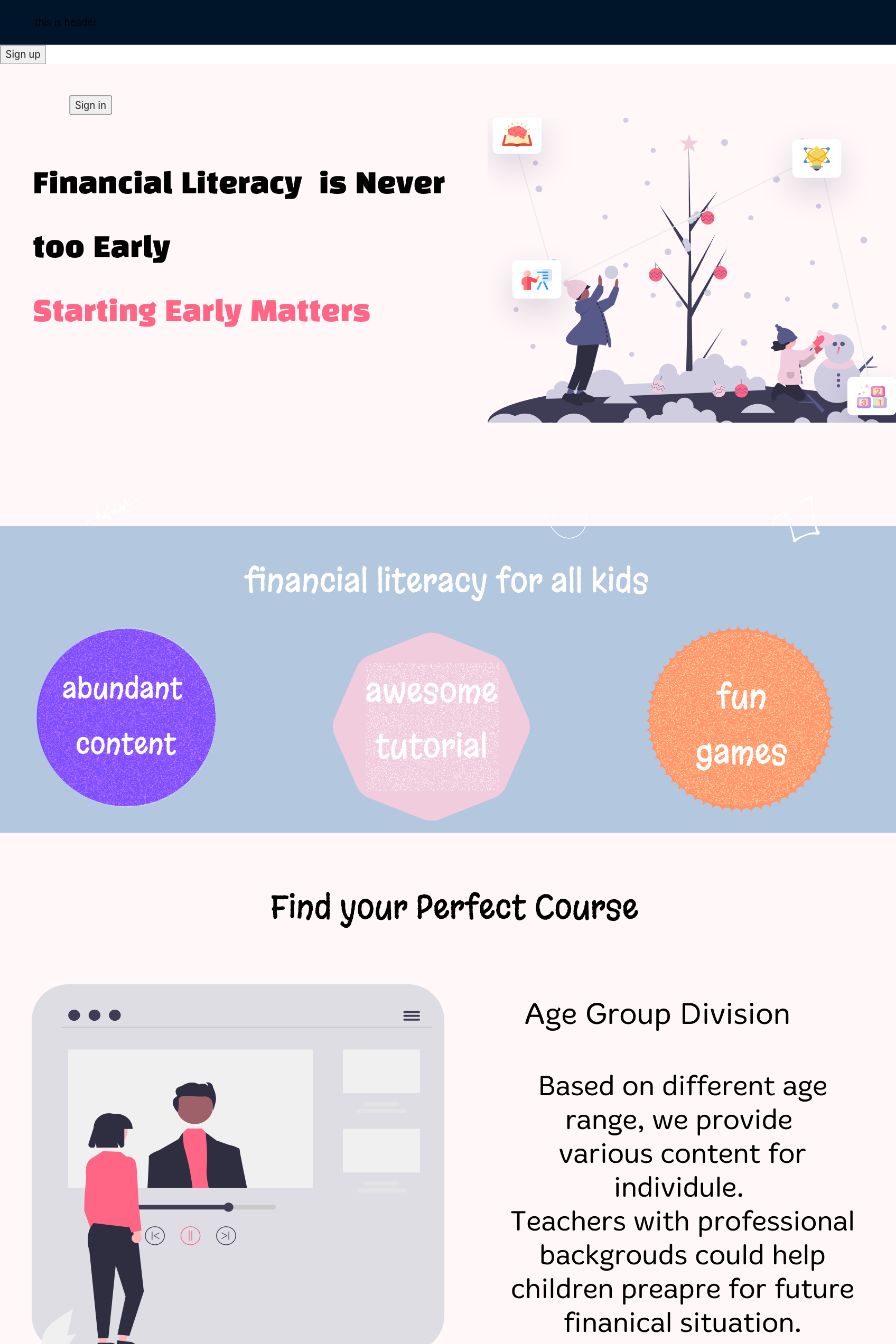
Repository: Zoe-XJ-Zhang/Goldilocks
Page: /
The author's editor kept a copy of each file at every save. The page is drawn from the files as they stood at one save, then again after the next save.
The browser window is 1280 px wide. The pictures show the part of the page from y = 0 to 1920 px (the page is 2803 px tall before and 2775 px after), at 70% of full size.
The project was rebuilt for these pictures with package versions that can differ from the ones it lists, and the page was loaded fresh each time. Also part of the build but not shown: src/page/roadmapPage/roadmapPage.js, src/page/aboutPage/aboutPage.js.

Above is the page before, as saved 2022-08-31 15:10:17.

After the next save:
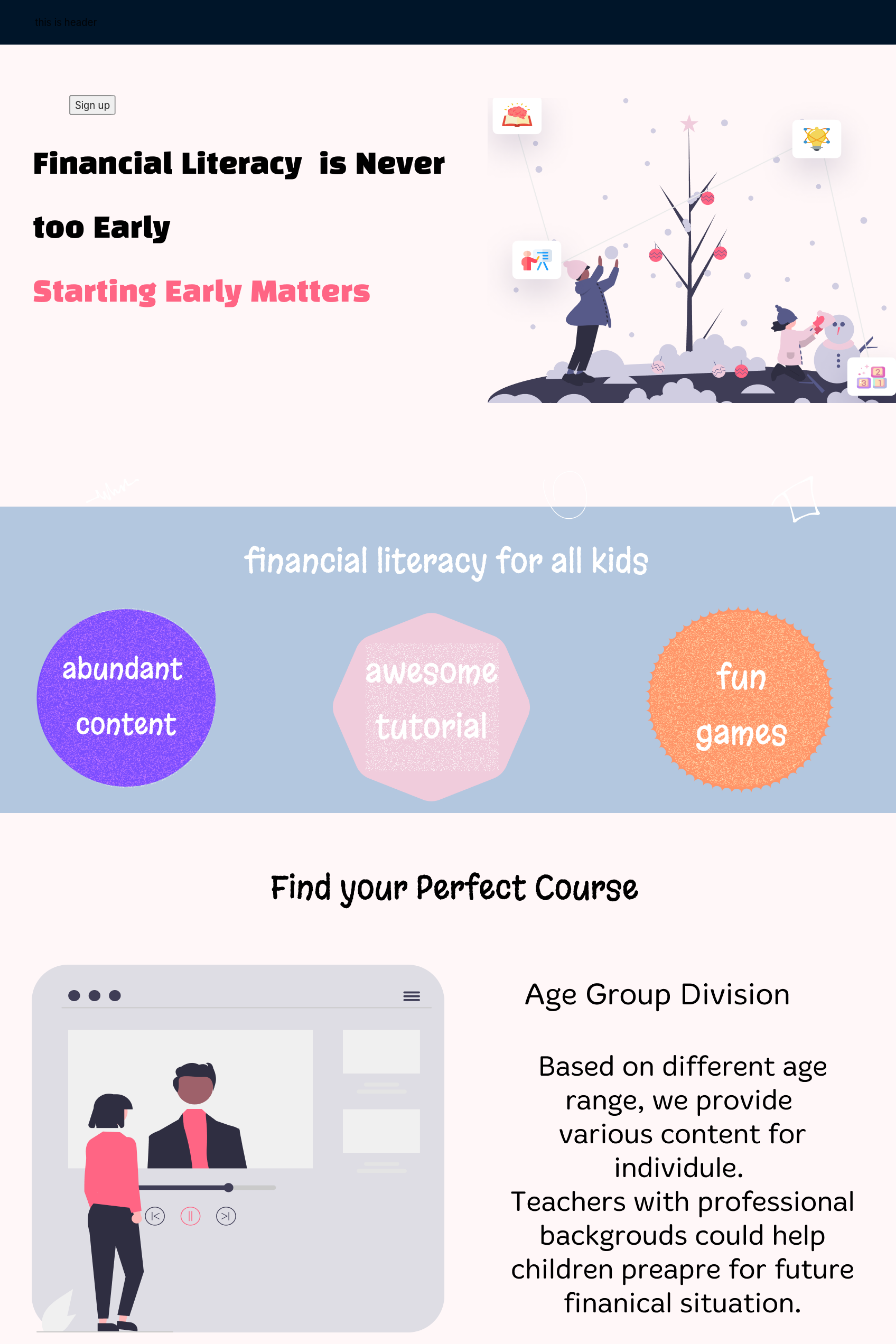
Saved 16 s later.
--- a/src/page/homePage/homePage.js
+++ b/src/page/homePage/homePage.js
@@ -4,7 +4,7 @@ import './homePage.css';
 import homepage from '../../images/home_page.png'
 const HomePage = () => {
     return (<div className='homepage'>
-        <button className='signin'>Sign in</button><button className='signout'>Sign up</button>
+        <button className='signin'>Sign in</button><button className='signup'>Sign up</button>
         {/* <Image src={homepage}  alt="asd" title="QW"></Image> */}
         <img src={homepage} alt="" />
     </div>);
